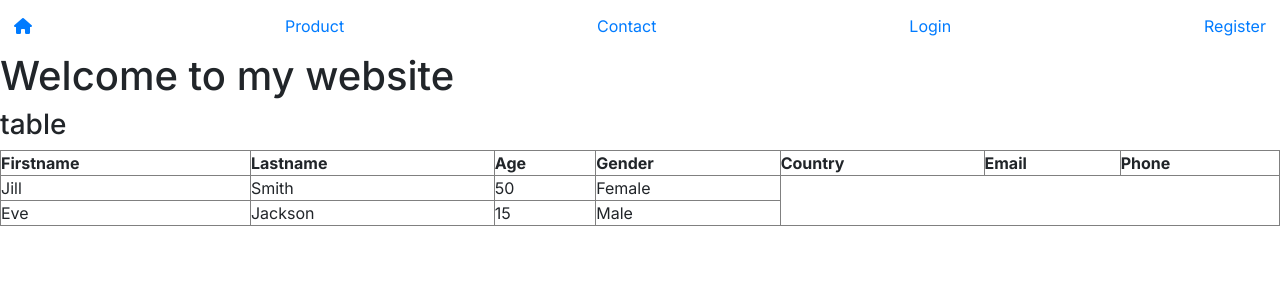
Repository: bao2222/hoc-lam-web
Page: About-me.html
An editor plug-in stored every save of this project. The page is shown before and after the next save, followed by the edit.
The browser window is 1280 px wide. The pictures show the whole page.
Some web fonts or font styles are not loaded; a fallback is used.

Above is the page before, as saved 2025-01-23 19:39:55.

After the next save:
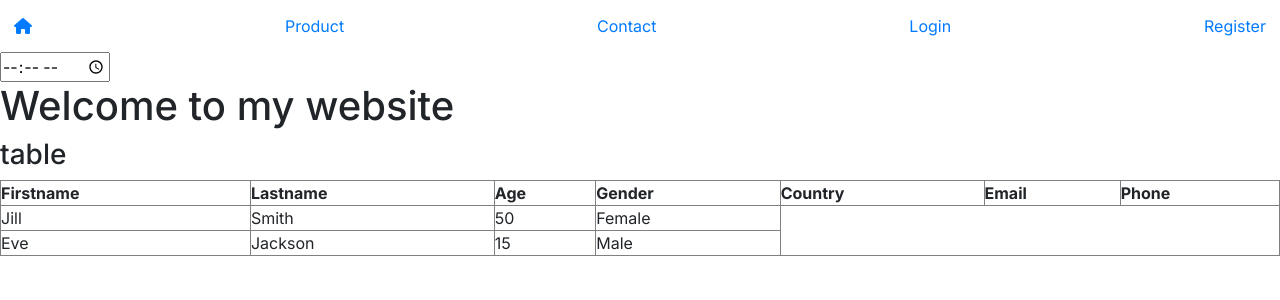
Saved 44 min 55 s later.
--- a/About-me.html
+++ b/About-me.html
@@ -40,6 +40,11 @@
 
         </header>
         <main>
+            <input type="time" id="time">
+           <script>
+        document.getElementById("time").value = Date();
+           </script>
+
             <h1>Welcome to my website</h1>
             <h3>table</h3>
             <table style="width:100%" border>

After the 2 saves that followed:
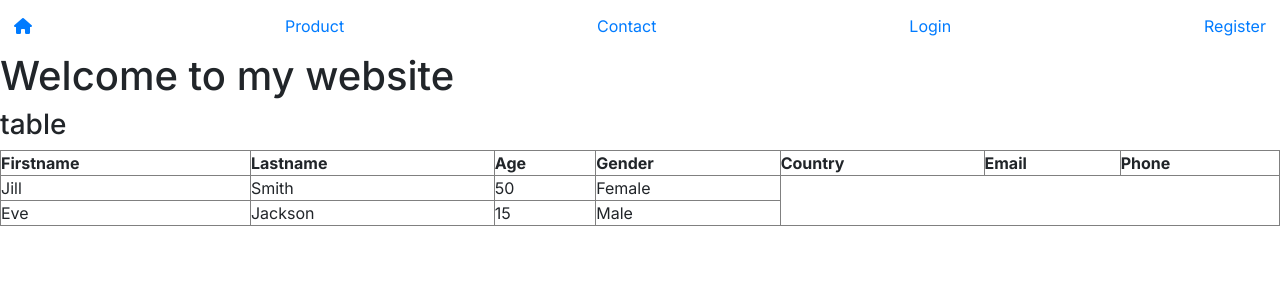
The 2 saves are shown as one change because 1 left the picture as it was.
The last was saved 33 s later.
--- a/About-me.html
+++ b/About-me.html
@@ -40,10 +40,7 @@
 
         </header>
         <main>
-            <input type="time" id="time">
-           <script>
-        document.getElementById("time").value = Date();
-           </script>
+
 
             <h1>Welcome to my website</h1>
             <h3>table</h3>
